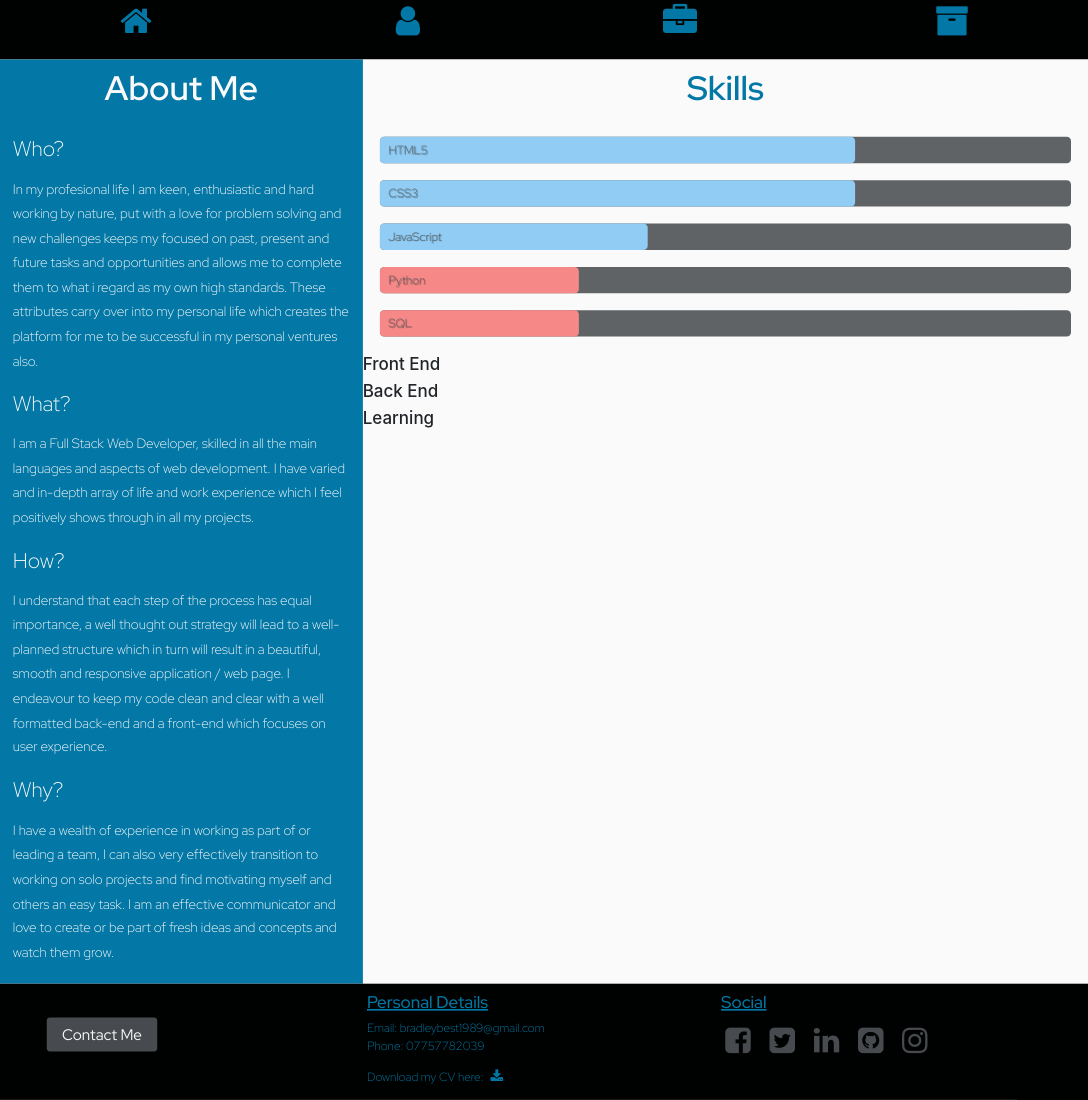
Repository: Brad000/Resume-project
Page: about-me.html
The author's editor kept a record of every edit. The page is drawn from the files as they stood at one moment, then again after the next edit.
The browser window is 1280 px wide. The pictures show the whole page, at 85% of full size.

Above is the page before.

After the next edit:
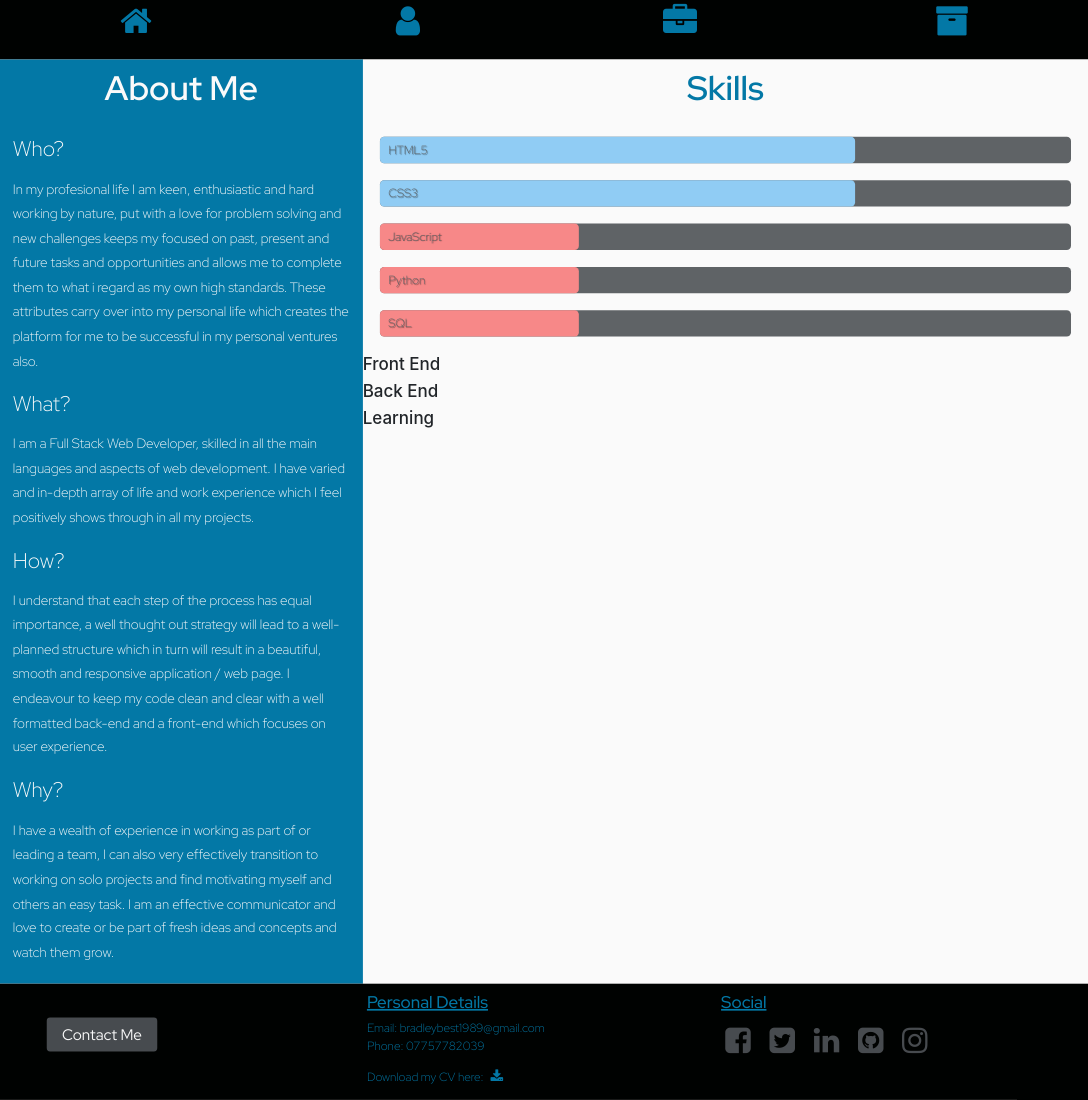
The edit:
--- a/about-me.html
+++ b/about-me.html
@@ -66,7 +66,7 @@
                 <h2 class="main-headings skills-text">Skills</h2>
                 <div class="bar front advanced" data-skill="HTML5"></div>
                 <div class="bar front advanced" data-skill="CSS3"></div>
-                <div class="bar front basic" data-skill="JavaScript"></div>
+                <div class="bar front learning" data-skill="JavaScript"></div>
                 <div class="bar back learning" data-skill="Python"></div>
                 <div class="bar back learning" data-skill="SQL"></div>
                 <h5 class="inline-block">Front End</h5>
